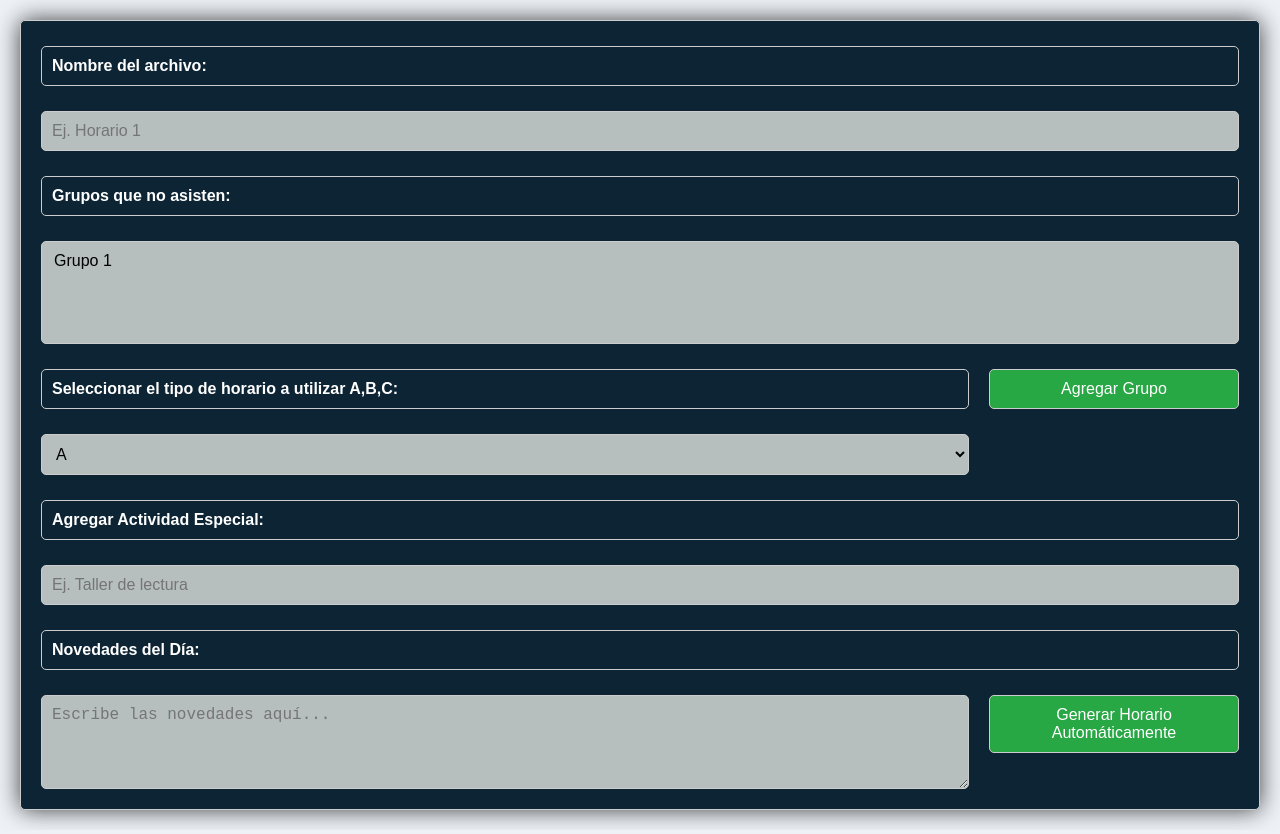
Repository: Shyk0/Zeitplan
Page: FormularioMaterias_page.html
The author's editor kept a copy of each file at every save. The page is drawn from the files as they stood at one save, then again after the next save.
The browser window is 1280 px wide. The pictures show the part of the page from y = 436 to 1270 px (the page is 1270 px tall).

Above is the page before, as saved 2024-11-07 13:34:25.

### FormularioMaterias_page.html
<!DOCTYPE html>
<html lang="es">
<head>
    <meta charset="UTF-8">
    <meta name="viewport" content="width=device-width, initial-scale=1.0">
    <title>Formulario de Creación de Horarios</title>

    <link rel="stylesheet" href="styles/styles_formulario_page.css">
</head>
<body>

    <div class="dropdown">
        <button class="dropdown-button">Menú Desplegable</button>
        <div class="dropdown-content">
            <button><a href="Home_page.html">Ir a la sección en Página 2</a></button>
            <button>Opción 2</button>
            <button>Opción 3</button>
        </div>
    </div>

    <div class ="form-container-arriba"></div>

    <div class="form-container">
        <label for="nomArchivo">Nombre del archivo:</label>
        <input type="text" id="nomArchivo" placeholder="Ej. Horario 1">

        <label for="no-asisten">Grupos que no asisten:</label>
        <select id="no-asisten" multiple>
          <option value="grupo1">Grupo 1</option>
        </select>
        <div id="grupos-container">
            <!-- Contenedor donde se añadirán los nuevos grupos -->
            <label for="horario-ABC">Seleccionar el tipo de horario a utilizar A,B,C:</label>
            <select id="horario-ABC">
              <option value="A">A</option>
              <option value="B">B</option>
            </select>
        </div>

        <button id="agregar-grupo">Agregar Grupo</button>

        <label for="actividad-especial">Agregar Actividad Especial:</label>
        <input type="text" id="actividad-especial" placeholder="Ej. Taller de lectura">

        <label for="novedades">Novedades del Día:</label>
        <textarea id="novedades" rows="4" placeholder="Escribe las novedades aquí..."></textarea>

        <button id="generar-horario">Generar Horario Automáticamente</button>
    </div>

    <!-- Vista Previa -->
    <div class="preview-container" id="preview-container" style="display:none;">
        <h2>Vista Previa del Horario</h2>
        <div id="preview-content">
            <!-- Aquí se llenarán los datos del formulario para vista previa -->
        </div>
    </div>
    <!-- Scripts -->
    <script src="scripts/script_formulario_page.js"></script>
</body>
</html>

### styles/styles_formulario_page.css
:root{
    --color-backgroundForm: #0c2434;
    --color-input: #93c4e6;
    --color-background: #b6bebe;
}

/*Configuracion de letra*/
body {
    font-family: Arial, sans-serif;
    background-position: center;
    margin: 0, auto;
    padding: 0;
    color: #ffff;
    background-color: var(--color-background);
}

.form-container-arriba {
    background-image: url('../assets/Logo_app.svg'); /* direccion de imagen*/
    background-repeat: no-repeat; /*Para que no aparesca duplicada*/
    background-position: center;
    background-size: contain; /* para que solo sea del tamano del contenedor*/
    display: flex;
    flex-wrap: wrap;
    gap: 50px;
    justify-content: space-between;
    padding: 20px;
    max-width: 100%;
    min-height: 200px;
    margin: 0 auto;
}

/* Contenedor superior */
.form-container-arriba {
    text-align: center;
    margin: 20px 0;
}

.form-container-arriba a {
    display: inline-block;
    background-color: #007BFF;
    color: white;
    padding: 10px 20px;
    border-radius: 5px;
    text-decoration: none;
    transition: background-color 0.3s;
}

.form-container-arriba a:hover {
    background-color: #0056b3;
}

/* Formulario principal */
.form-container {
    background-color: #f9f9f9;
    border: 1px solid #ccc;
    border-radius: 10px;
    padding: 20px;
    box-shadow: 0 5px 15px rgba(0, 0, 0, 0.1);
    max-width: 600px;
    margin: auto;
}

.form-container label {
    font-weight: bold;
    display: block;
    margin-top: 15px;
}

.form-container button {
    background-color: #28a745;
    color: white;
    border: none;
    padding: 10px 20px;
    margin-top: 20px;
    cursor: pointer;
    border-radius: 5px;
    transition: background-color 0.3s;
}

.form-container button:hover {
    background-color: #218838;
}

/* Vista previa */
.preview-container {
    background-color: #f1f1f1;
    border-radius: 10px;
    margin: 30px auto;
    padding: 20px;
    max-width: 600px;
    box-shadow: 0 5px 15px rgba(0, 0, 0, 0.1);
}

.preview-container h2 {
    text-align: center;
    margin-bottom: 20px;
}

/* Ajustes generales */
body {
    font-family: Arial, sans-serif;
    background-color: #eef2f7;
    margin: 0;
    padding: 20px;
}


.form-container {
    /*Ajustes para que el contenedor ocupe el espacio necesario*/
    display: flex;
    flex-wrap: wrap;
    gap: 20px;
    justify-content: space-between;
    padding: 20px;
    max-width: 97%;
    margin: 0 auto;
    border-radius: 5px;
    box-shadow: 0 6px 15px rgba(255, 255, 255, 0.1);
    background-color: var(--color-backgroundForm);
    /* Sombra para navegadores con prefijo -webkit- (Chrome, Safari, Opera, versiones antiguas) */
    -webkit-box-shadow: 0px 0px 23px 0px rgba(0,0,0,0.75);

    /* Sombra para navegadores con prefijo -moz- (Firefox, versiones antiguas) */
    -moz-box-shadow: 0px 0px 23px 0px rgba(0,0,0,0.75);

    /* Sombra para navegadores modernos, sin prefijos */
box-shadow: 0px 0px 23px 0px rgba(0,0,0,0.75);

}


.form-container label, .form-container select, .form-container input, .form-container textarea, .form-container button {
    flex: 75%;
    min-width: 200px;
    font-size: 16px;

    width: calc(100% - 20px);
    padding: 10px;
    margin-top: 5px;
    border: 1px solid #ccc;
    border-radius: 5px;
    box-sizing: border-box;
}


label {
    font-weight: bold;
}

select, input, textarea {
    padding: 10px;
    border: 1px solid #93c4e6;
    border-radius: 4px;
    width: 100%;
    background: var(--color-background);
}

textarea {
    resize: vertical;
}

button {
    padding: 30px;
    background-color: white;
    border: none;
    border-radius: 4px;
    cursor: pointer;
    font-size: 16px;
    width: auto; /* Cambiado de 100% a auto para que no crezca demasiado */
    min-width: 200px;
    max-width: 250px;
    box-sizing: border-box;
    align-self: flex-start;
}

button:hover {
    background-color: #3498db;
}

/* Estilos para la vista previa */
.preview-container {
    margin: 20px auto;
    padding: 20px;
    max-width: 800px;
    background-color: #3498db;
    border-radius: 8px;
    box-shadow: 0 4px 10px rgba(0, 0, 0, 0.1);
}

.preview-container h2 {
    text-align: center;
    font-size: 22px;
    color: #3498db;
}

.preview-item {
    margin-bottom: 10px;
}

#grupos-container{
    display: flex;
    flex-wrap: wrap; /* Asegura que cada grupo esté en una nueva línea */
    gap: 20px; /* Espacio entre grupos */
    flex-grow: 1; /* Permite que el contenedor crezca, pero no el botón */
}

.boton-agregar {
    flex: 1 1 100%; /* Hace que el botón ocupe todo el ancho */
    display: flex; /* Permite alinear el botón en el centro */
    justify-content: center; /* Centra el botón */
}
.boton-dos {
    flex: 1 1 100%; /* Hace que el botón ocupe todo el ancho */
    display: flex; /* Permite alinear el botón en el centro */
    justify-content: center; /* Centra el botón */
}


@media (max-width: 600px) {
    /*Es para que se pueda visualizar en cualquier ancho de pantalla */
    .form-container {
        flex-direction: column;
    }
}

### scripts/script_formulario_page.js
document.addEventListener('DOMContentLoaded', function() {
    let grupoCounter = 1;

        function agregarGrupo() {
            grupoCounter++;
            const nuevoGrupoId = 'grupo' + grupoCounter;

            // Agrega un nuevo grupo al select 'no-asisten'
            const selectNoAsisten = document.getElementById('no-asisten');
            const newOption = document.createElement('option');
            newOption.value = nuevoGrupoId;
            newOption.text = 'Grupo ' + grupoCounter;
            selectNoAsisten.appendChild(newOption);

            // Crea un nuevo div con select de materias para el nuevo grupo
            const nuevoGrupoDiv = document.createElement('div');
            nuevoGrupoDiv.innerHTML = `
                <label for="materias-${nuevoGrupoId}">Materias para Grupo ${grupoCounter}:</label>
                <select id="materias-${nuevoGrupoId}">
                  <option value="matematicas">Matemáticas</option>
                  <option value="ciencias">Ciencias</option>
                </select>
            `;
            document.getElementById('grupos-container').appendChild(nuevoGrupoDiv);
            console.log("FUNCIONA SI FUNCIONA");
    }

        //Llamamos al evento desde aqui sin tener un "onClick" desde el HTML
        document.getElementById('agregar-grupo').addEventListener('click', agregarGrupo);
    // Función para actualizar la vista previa
    function actualizarVistaPrevia() {



        const actividadEspecial = document.getElementById('actividad-especial').value;
        const novedades = document.getElementById('novedades').value;

        const previewContent = document.getElementById('preview-content');
        previewContent.innerHTML = '';

        if (noAsisten.length > 0) {
            const noAsistenDiv = document.createElement('div');
            noAsistenDiv.classList.add('preview-item');
            noAsistenDiv.innerHTML = `<strong>Grupos que no asisten:</strong> ${noAsisten.join(', ')}`;
            previewContent.appendChild(noAsistenDiv);
        }

        for (let i = 1; i <= grupoCounter; i++) {
            const grupoId = 'grupo' + i;
            if (!noAsisten.includes(`Grupo ${i}`)) {
                const materiaGrupo = document.getElementById(`materias-${grupoId}`).value;
                const materiaDiv = document.createElement('div');
                materiaDiv.classList.add('preview-item');
                materiaDiv.innerHTML = `<strong>Materias para Grupo ${i}:</strong> ${materiaGrupo}`;
                previewContent.appendChild(materiaDiv);
            }
        }

        if (actividadEspecial) {
            const actividadDiv = document.createElement('div');
            actividadDiv.classList.add('preview-item');
            actividadDiv.innerHTML = `<strong>Actividad Especial:</strong> ${actividadEspecial}`;
            previewContent.appendChild(actividadDiv);
        }

        if (novedades) {
            const novedadesDiv = document.createElement('div');
            novedadesDiv.classList.add('preview-item');
            novedadesDiv.innerHTML = `<strong>Novedades del Día:</strong> ${novedades}`;
            previewContent.appendChild(novedadesDiv);
        }

        document.getElementById('preview-container').style.display = 'block';
    }

    // Función para deshabilitar materias si el grupo no asiste
    function actualizarMaterias() {
        const noAsisten = Array.from(document.getElementById('no-asisten').selectedOptions).map(option => option.value);

        for (let i = 1; i <= grupoCounter; i++) {
            const grupoId = 'materias-grupo' + i;
            const grupoMaterias = document.getElementById(grupoId);

            if (grupoMaterias) {
                if (noAsisten.includes('grupo' + i)) {
                    grupoMaterias.disabled = true;
                } else {
                    grupoMaterias.disabled = false;
                }
            }
        }
    }

    // Inicializar Select2 para el campo de selección múltiple

    });

After the next save:
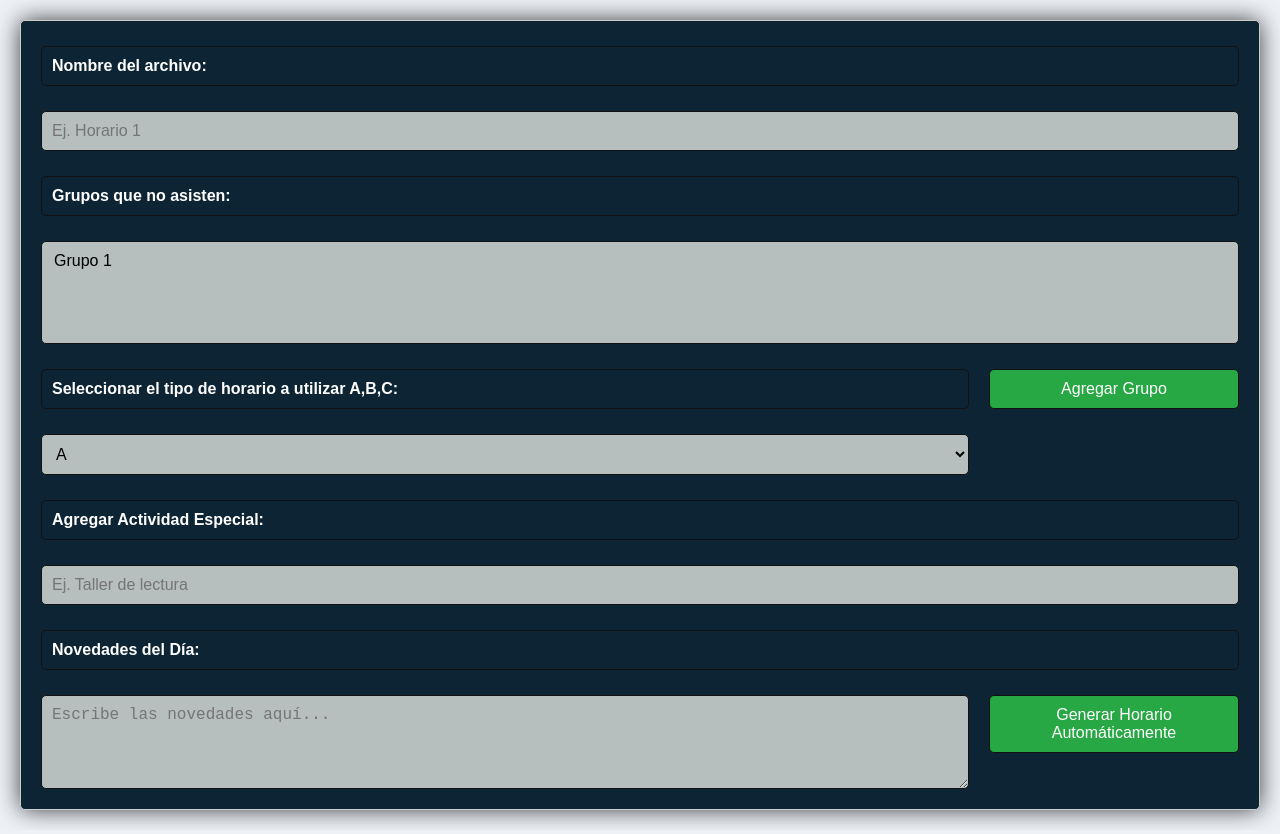
Saved 12 s later.
--- a/styles/styles_formulario_page.css
+++ b/styles/styles_formulario_page.css
@@ -137,7 +137,7 @@ box-shadow: 0px 0px 23px 0px rgba(0,0,0,0.75);
     width: calc(100% - 20px);
     padding: 10px;
     margin-top: 5px;
-    border: 1px solid #ccc;
+    border: 1px solid #111111;
     border-radius: 5px;
     box-sizing: border-box;
 }
